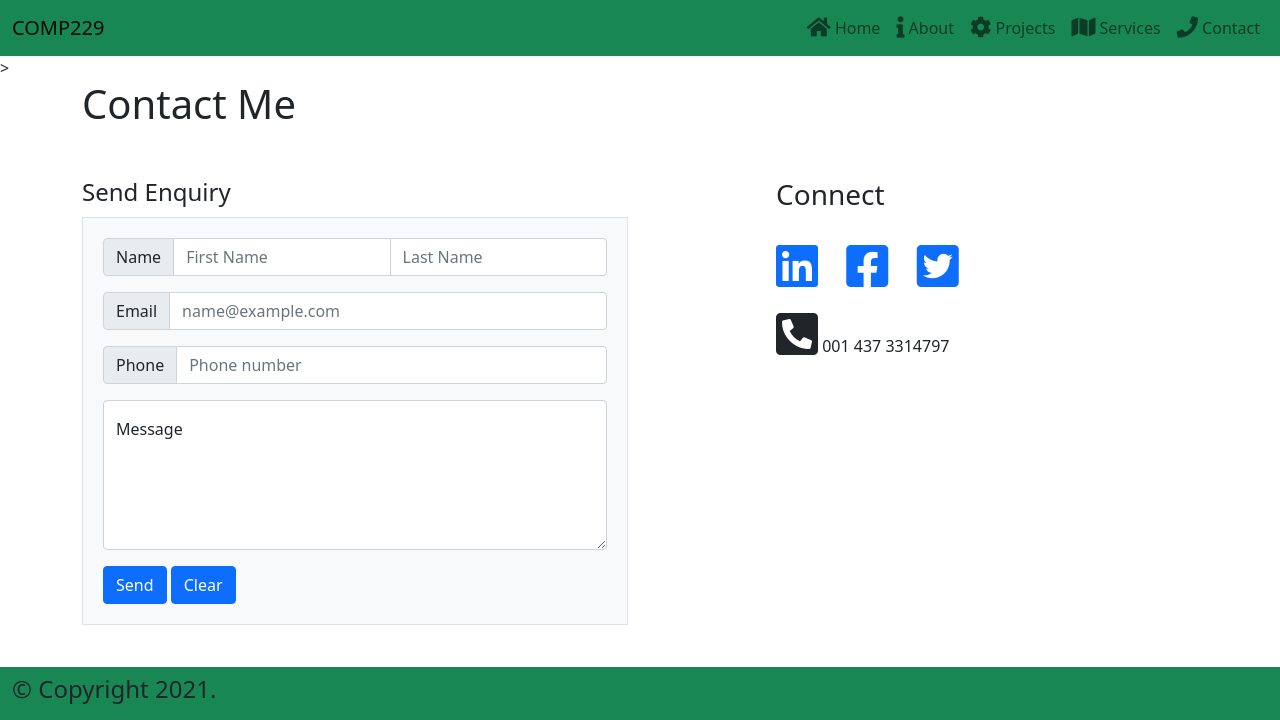
Repository: Mostafa-Asaad/Portfolio
Page: http://localhost/contact
An editor plug-in stored every save of this project. The page is shown before and after the next save, followed by the edit.
The browser window is 1280 px wide. The pictures show the whole page.
The page is served by the project's Node server (index.js).

Above is the page before, as saved 2021-06-04 16:41:10.

After the next save:
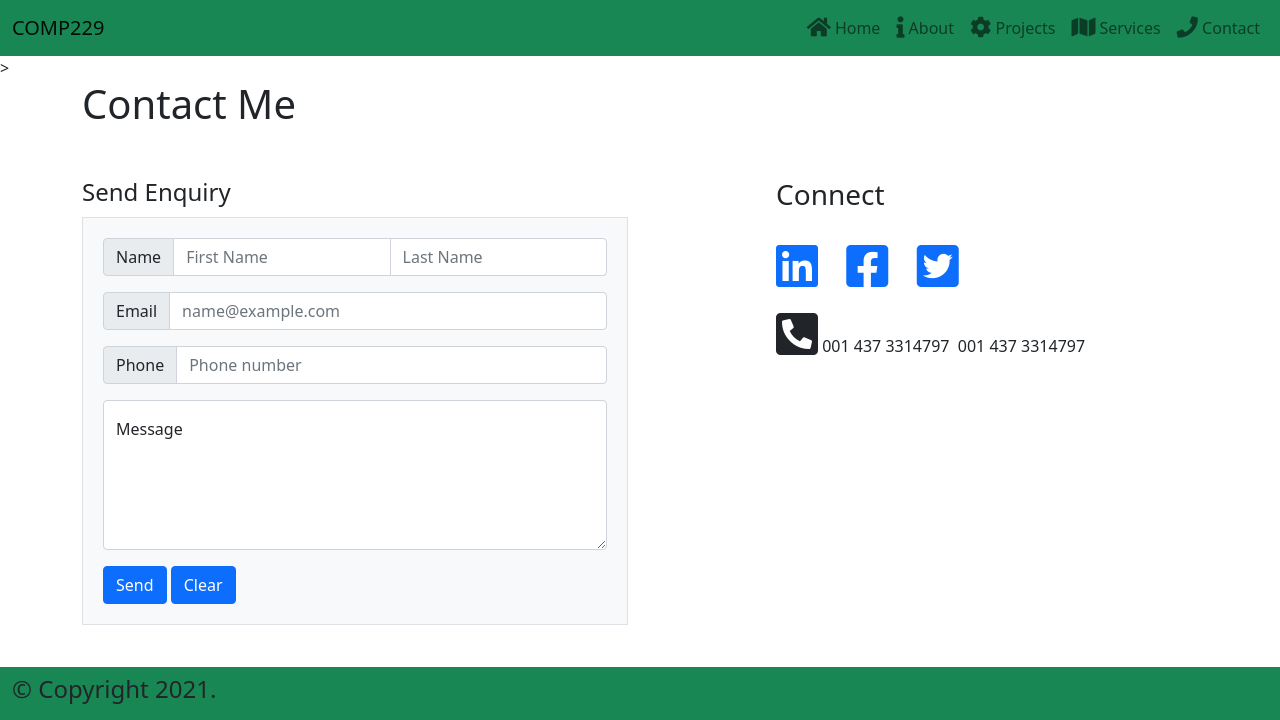
Saved 46 s later.
--- a/Server/Views/content/contact.ejs
+++ b/Server/Views/content/contact.ejs
@@ -60,6 +60,7 @@
             </div>
           </div>
           <i class="fas fa-phone-square-alt fa-3x"></i> 001 437 3314797</h6>
+          <i class="fas fa-email-square-alt fa-3x"></i> 001 437 3314797</h6>
         </div>
       </div>
     </div>
